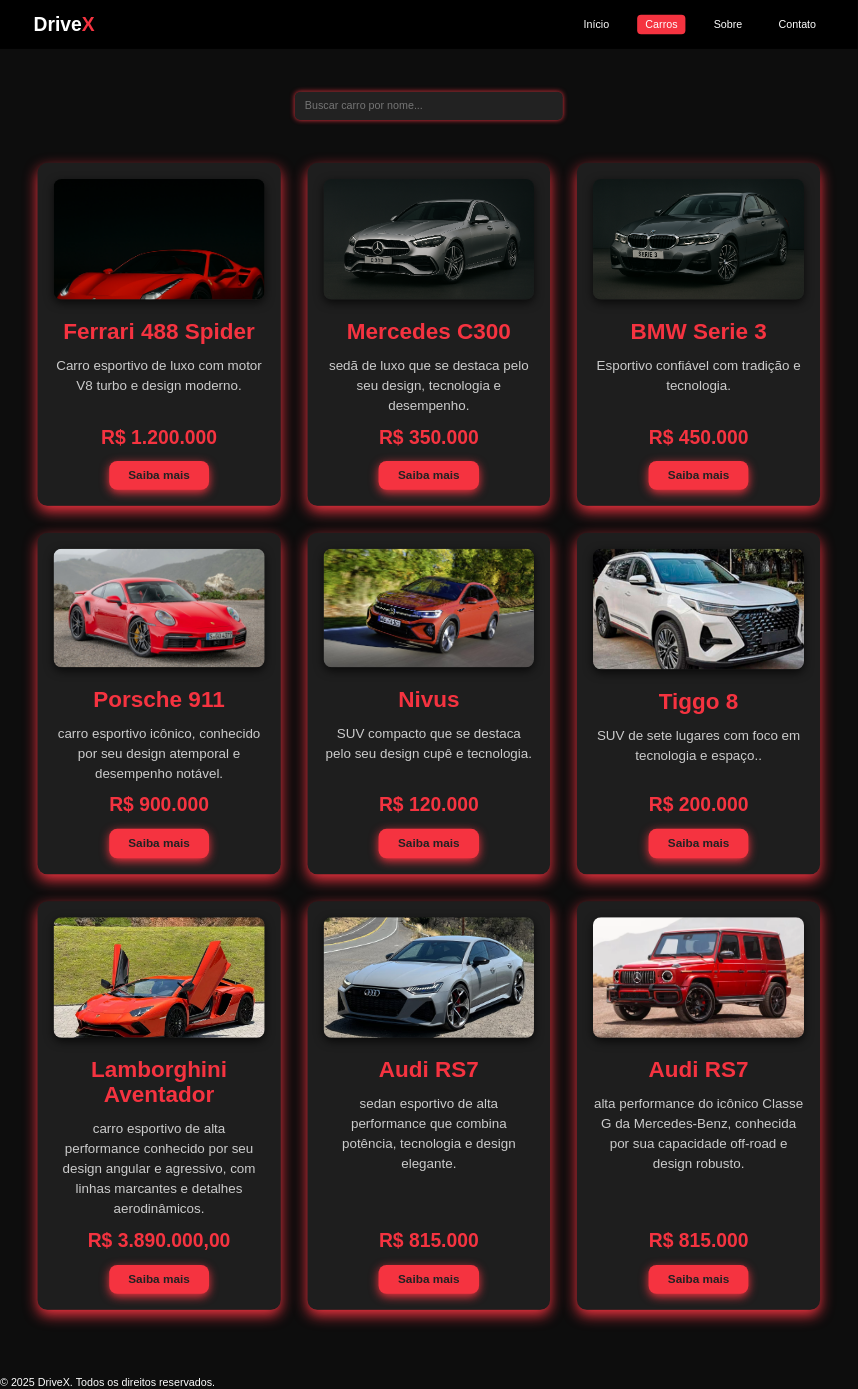
Repository: Mateushlp/DriveX
Page: carros.html
The author's editor kept a copy of each file at every save. The page is drawn from the files as they stood at one save, then again after the next save.
The browser window is 1280 px wide. The pictures show the whole page, at 67% of full size.

Above is the page before, as saved 2025-06-24 22:06:52.
Not found: carros.js

After the next save:
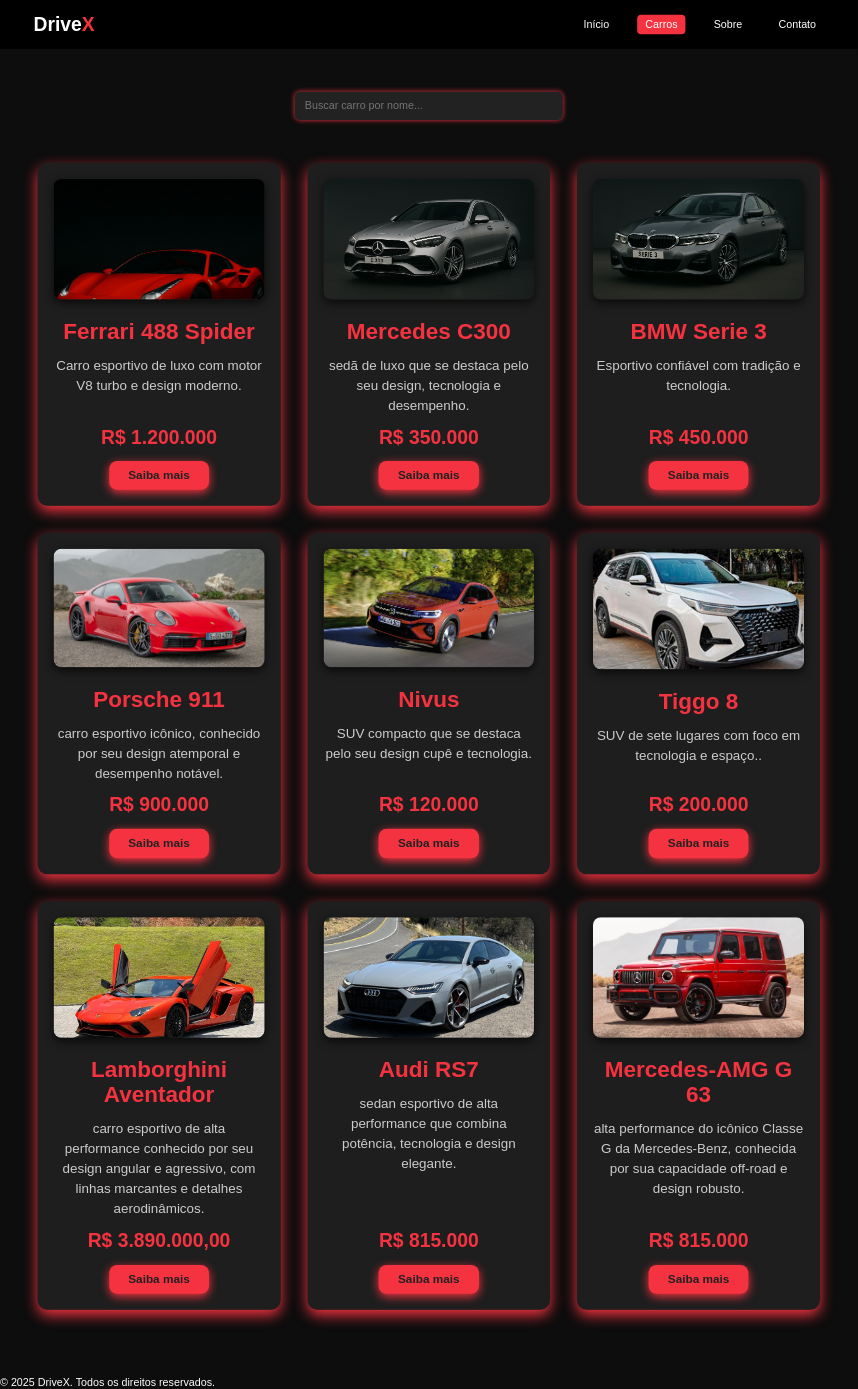
Saved 10 s later.
--- a/carros.html
+++ b/carros.html
@@ -84,7 +84,7 @@
       </div>
                    <div class="card-carro">
         <img src="./img/g63.png" alt="BMW Serie 3" />
-        <h3>Audi RS7</h3>
+        <h3>Mercedes-AMG G 63</h3>
         <p> alta performance do icônico Classe G da Mercedes-Benz, conhecida por sua capacidade off-road e design robusto.</p>
         <strong>R$ 815.000</strong>
         <button class="btn-detalhes" data-modelo="BMW Serie 3">Saiba mais</button>
